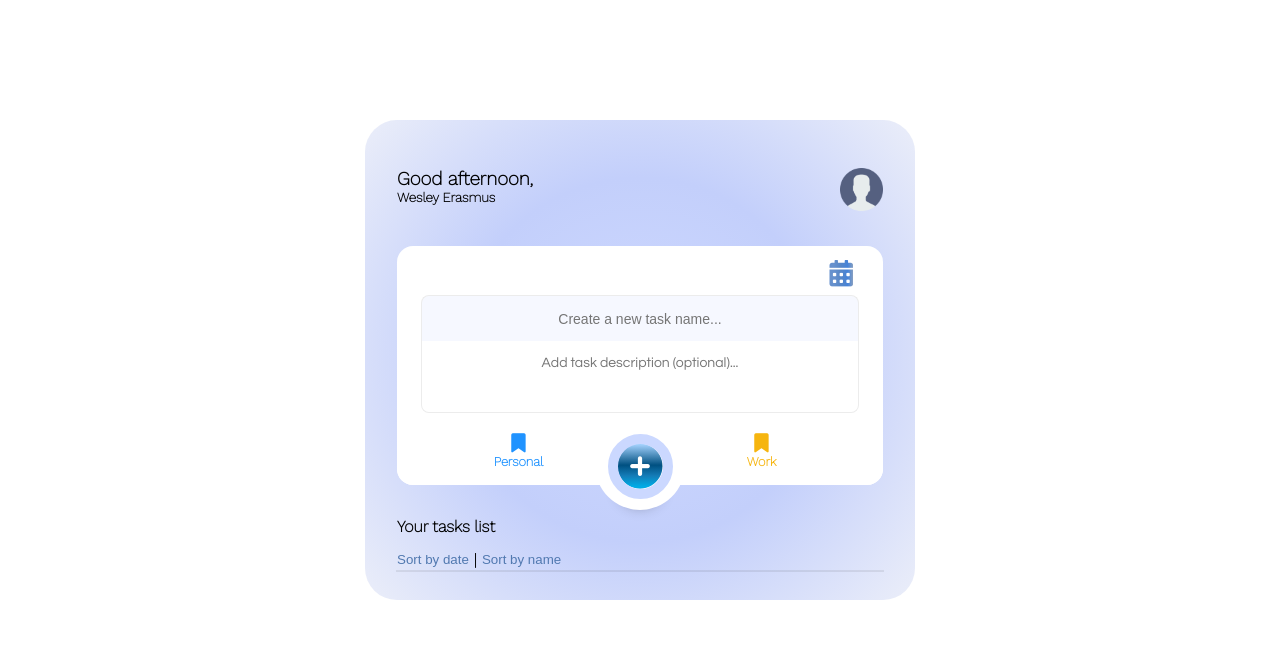
Repository: WesleyErasmus/Todo-App
Page: todoApp.html
These files come from the project's save history. The page is drawn as it stood at one moment and after the next save; the edit follows.
The browser window is 1280 px wide. The pictures show the whole page.
Some web libraries are served in a nearby version.

Above is the page before, as saved 2022-06-23 07:16:04.

After the next save:
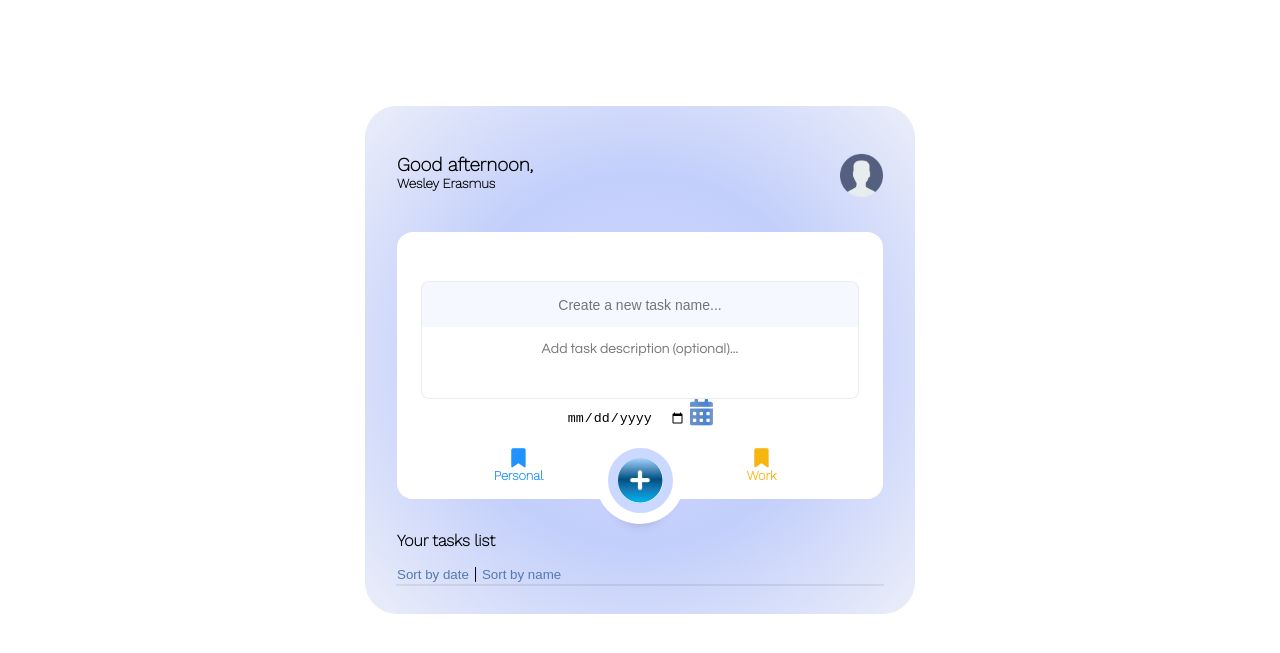
Saved 109 s later.
--- a/source/css/todoApp.css
+++ b/source/css/todoApp.css
@@ -555,14 +555,14 @@ Task title, Task description, Show description button */
 
 
 
-.datepicker-toggle {
+.datePicker-toggle {
   display: inline-block;
   position: absolute;
   right: 30px;
   top: -20px;
 }
 
-.datepicker-input {
+.datePicker-input {
   position: absolute;
   left: 0;
   top: 0;
@@ -573,11 +573,11 @@ Task title, Task description, Show description button */
   box-sizing: border-box;
 }
 
-.datepicker-toggle:hover + .hover-message {
+.datePicker-toggle:hover + .hover-message {
   display: block;
 }
 
-.datepicker-input::-webkit-calendar-picker-indicator {
+.datePicker-input::-webkit-calendar-picker-indicator {
   position: absolute;
   left: 0;
   top: 0;

After the save that followed:
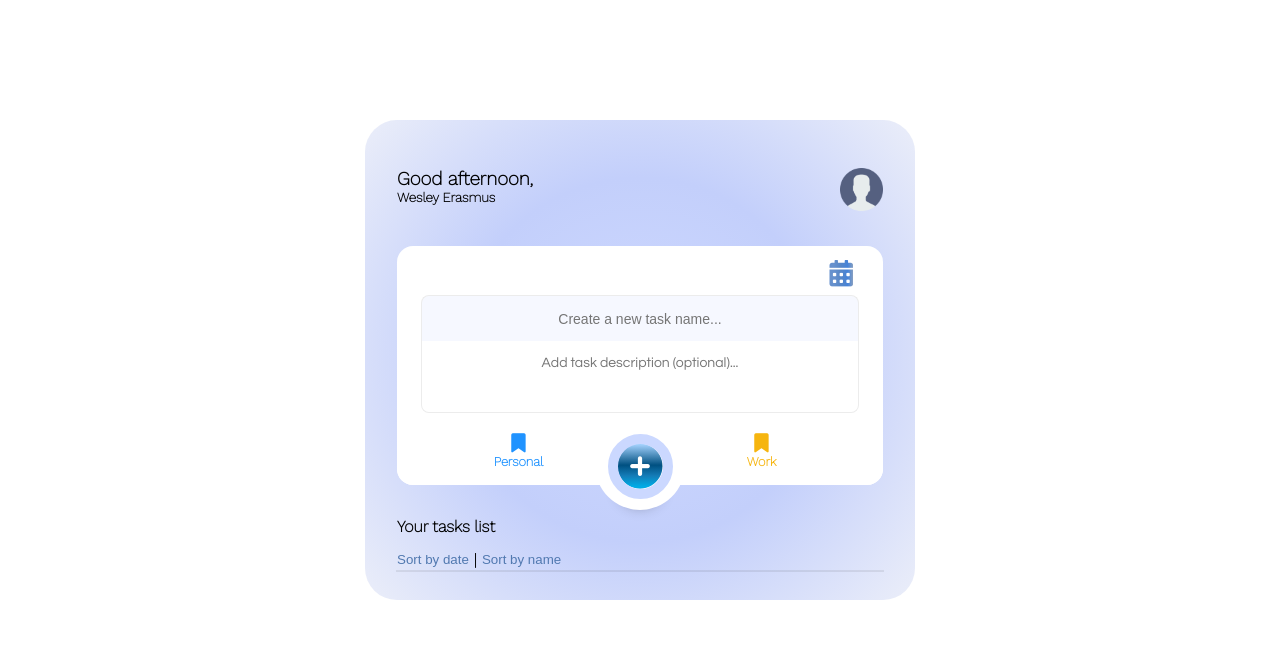
Saved 23 s later.
--- a/todoApp.html
+++ b/todoApp.html
@@ -36,9 +36,9 @@
                     <!-- task description textarea -->
                     <textarea name="description" id="description" cols="30" rows="3" placeholder="Add task description (optional)..."></textarea>
                     <!-- Due date calendar icon -->
-                    <span class="datepicker-toggle">
-                        <span class="datepicker-toggle-button"></span>
-                        <input type="date" name="date" class="datepicker-input">
+                    <span class="datePicker-toggle">
+                        <span class="datePicker-toggle-button"></span>
+                        <input type="date" name="date" class="datePicker-input">
                         <i class="fa-solid fa-calendar-days"></i>
                     </span>
                     <!-- Calendar hover message -->
